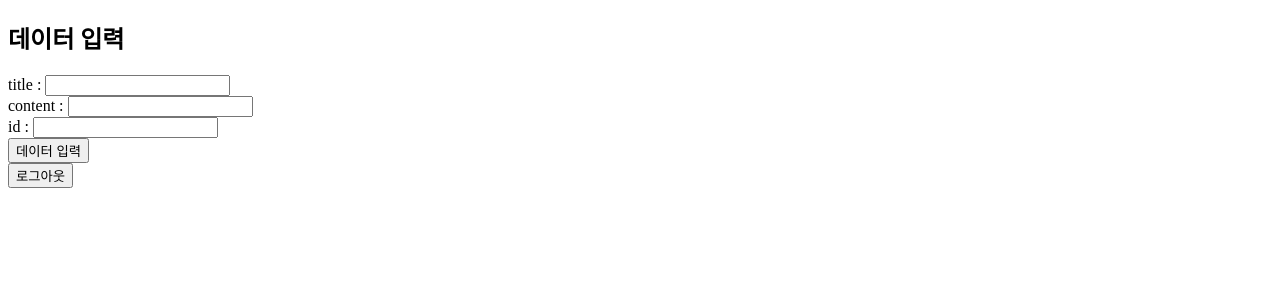
Repository: bluelessman/JSPServlet
Page: http://localhost/ServletStudy/JSPMission/Session/InsertBoardForm.jsp
These files come from the project's save history. The page is drawn as it stood at one moment and after the next save; the edit follows.
The browser window is 1280 px wide. The pictures show the whole page.
The page is served by Tomcat 10. Other server files are loaded and not shown.

Above is the page before, as saved 2023-12-14 08:30:47.

### ServletStudy/src/main/webapp/JSPMission/Session/InsertBoardForm.jsp
<%@ page language="java" contentType="text/html; charset=UTF-8"
    pageEncoding="UTF-8"%>
    <%
    boolean i = (session.getAttribute("member") == null)?true:false;
    	%>
<!DOCTYPE html>
<html>
<head>
<meta charset="UTF-8">
<title>mission7</title>
</head>
<body>
	<h2>데이터 입력</h2>
	<form action=<%=i?"LoginForm.jsp":"InsertBoardProcess.jsp"%> method="post">
	title : <input type="text" name="title"/><br/>
	content : <input type="text" name="content"/><br/>
	id : <input type="text" name="bId"/><br/>
	<input type="submit" value="데이터 입력"/>
	</form>
	<% if(i){
	%>
	<form action="Logout.jsp" method="post">
	<input type="submit" value="로그아웃"/>
	</form>
	<%} %>
</body>
</html>

After the next save:
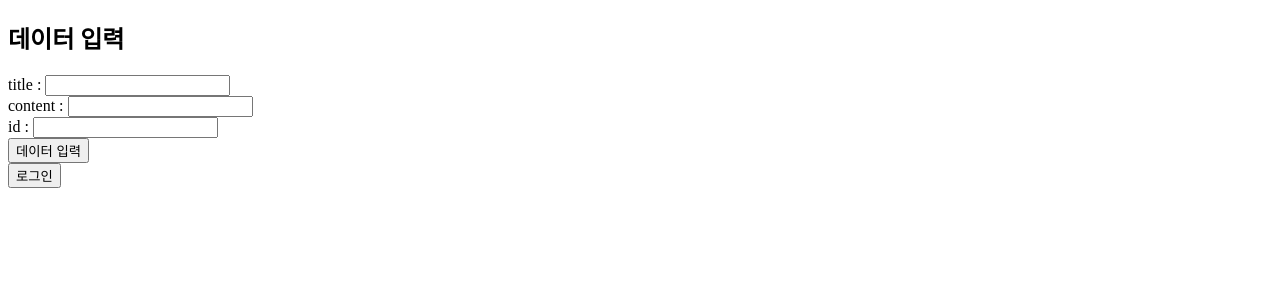
Saved 75 s later.
--- a/ServletStudy/src/main/webapp/JSPMission/Session/InsertBoardForm.jsp
+++ b/ServletStudy/src/main/webapp/JSPMission/Session/InsertBoardForm.jsp
@@ -19,6 +19,10 @@
 	</form>
 	<% if(i){
 	%>
+	<form action="LoginForm.jsp" method="post">
+	<input type="submit" value="로그인"/>
+	</form>
+		<%}else{ %>
 	<form action="Logout.jsp" method="post">
 	<input type="submit" value="로그아웃"/>
 	</form>
